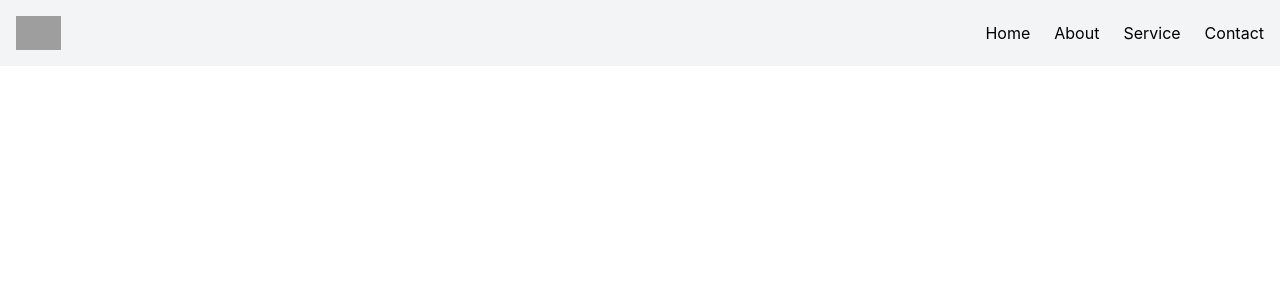
Repository: Abel-A16/react-tailwind
Page: /
These files come from the project's save history. The page is drawn as it stood at one moment and after the next save; the edit follows.
The browser window is 1280 px wide. The pictures show the whole page.
Pictures or frames that could not be fetched are drawn as grey boxes. The project was rebuilt for these pictures with package versions that can differ from the ones it lists, and the page was loaded fresh each time.

Above is the page before, as saved 2024-10-10 13:53:12.

### src/App.js
import logo from './logo.svg';
import './App.css';
import NavBar from './components/NavBar';

function App() {
  return (
    <div className="App">
      <NavBar/>
    </div>
  );
}

export default App;

### src/components/NavBar.js
import React from 'react';

function NavBar() {
  return (
    <div className="flex flex-row items-center justify-between p-4 bg-gray-100">
      {/* Logo Section */}
      <div className="flex items-center">
        <img
          className="mr-4"
          src="../logo.webp"
          width={45}
          height={45}
          alt="Company Logo"
        />
      </div>

      {/* Navigation Links */}
      <div className="flex flex-row space-x-6">
        <h1><a href="/">Home</a></h1>
        <h1><a href="#about">About</a></h1>
        <h1><a href="#services">Service</a></h1>
        <h1><a href="#contact">Contact</a></h1>
      </div>
    </div>
  );
}

export default NavBar;

### tailwind.config.js
module.exports = {
  content: [
    "./src/**/*.{js,jsx,ts,tsx}",
  ],
  theme: {
    extend: {},
  },
  plugins: [],
}

Loaded but not shown: public/index.html (common file); src/index.js (common file); src/index.css (common file); src/reportWebVitals.js (common file); src/App.css (common file)

After the next save:
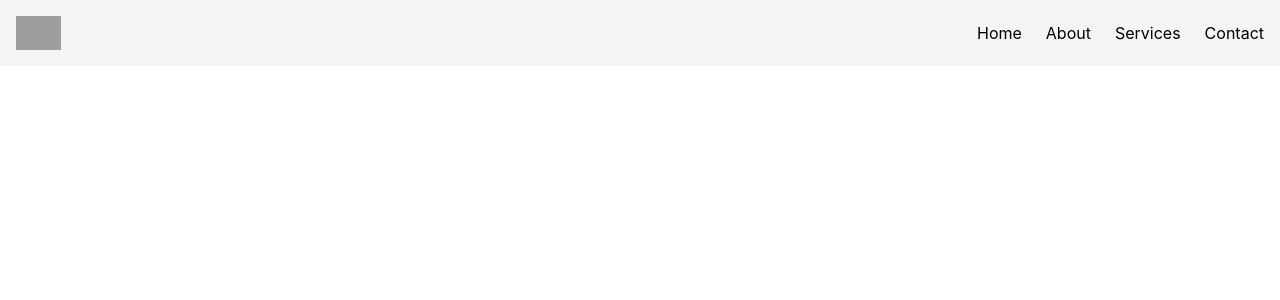
Saved 70 s later.
--- a/src/components/NavBar.js
+++ b/src/components/NavBar.js
@@ -2,7 +2,7 @@
 
 function NavBar() {
   return (
-    <div className="flex flex-row items-center justify-between p-4 bg-gray-100">
+    <div className="flex items-center justify-between p-4 bg-gray-100">
       {/* Logo Section */}
       <div className="flex items-center">
         <img
@@ -15,11 +15,11 @@
       </div>
 
       {/* Navigation Links */}
-      <div className="flex flex-row space-x-6">
-        <h1><a href="/">Home</a></h1>
-        <h1><a href="#about">About</a></h1>
-        <h1><a href="#services">Service</a></h1>
-        <h1><a href="#contact">Contact</a></h1>
+      <div className="flex space-x-6">
+        <a href="/" className="text-black">Home</a>
+        <a href="#about" className="text-black">About</a>
+        <a href="#services" className="text-black">Services</a>
+        <a href="#contact" className="text-black">Contact</a>
       </div>
     </div>
   );
